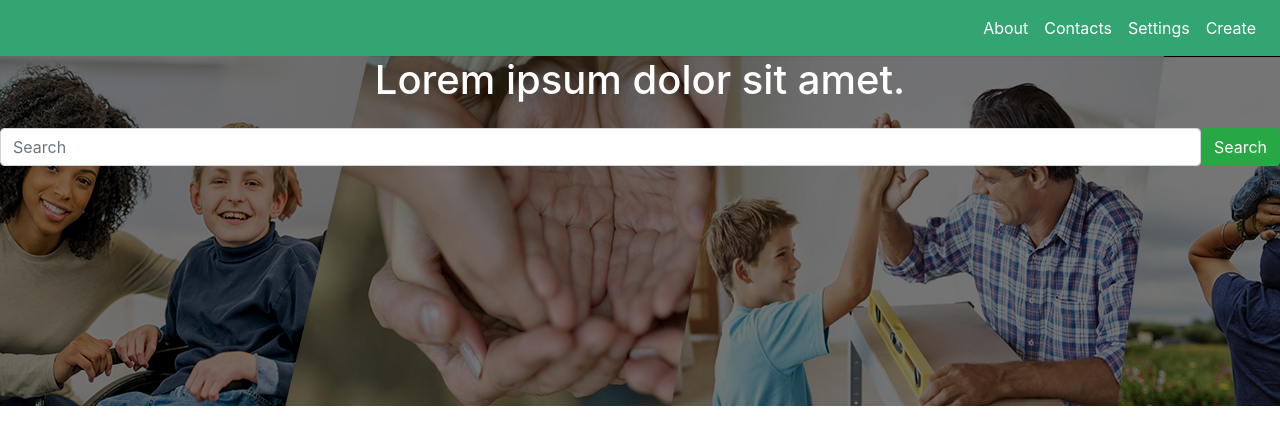
Repository: abduvali-aminov/fond
Page: http://localhost/main
The author's editor kept a copy of each file at every save. The page is drawn from the files as they stood at one save, then again after the next save.
The browser window is 1280 px wide. The pictures show the whole page.
The page is served by the project's Laravel application, run on PHP 8.4 with Laravel 8.

Above is the page before, as saved 2021-01-18 12:33:12.

After the next save:
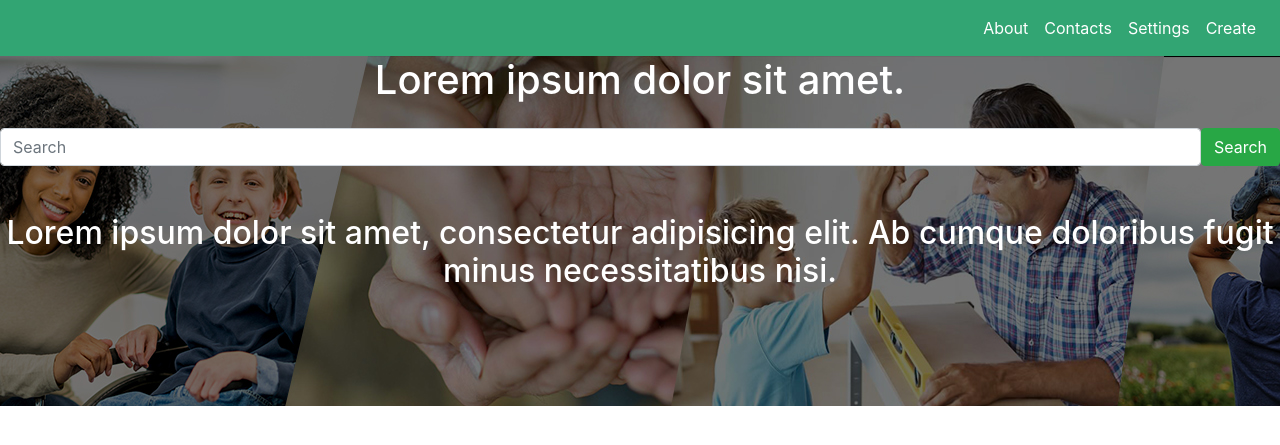
Saved 15 s later.
--- a/resources/views/main/index.blade.php
+++ b/resources/views/main/index.blade.php
@@ -8,7 +8,7 @@
                     <input class="form-control" type="search" placeholder="Search" aria-label="Search">
                     <button class="btn btn-success" type="submit">Search</button>
                 </form>
-
+                <h2 class="text-center text-white mt-5">Lorem ipsum dolor sit amet, consectetur adipisicing elit. Ab cumque doloribus fugit minus necessitatibus nisi.</h2>
         </center>
     </div>
 
